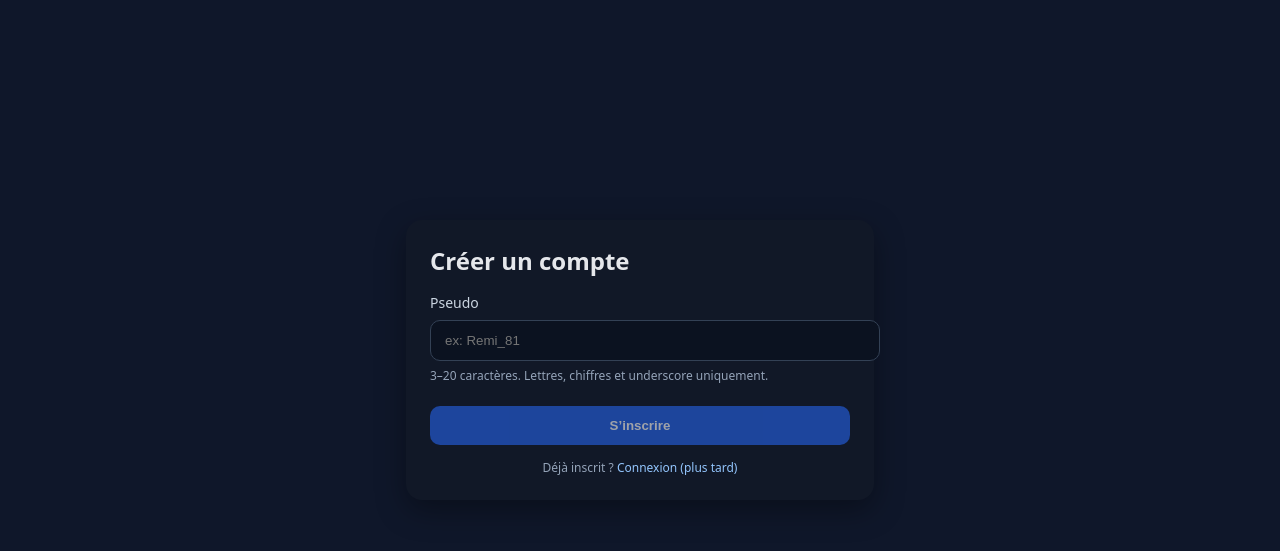
Repository: remi77130/loi-direct
Page: http://localhost/loi/register.php
The author's editor kept a copy of each file at every save. The page is drawn from the files as they stood at one save, then again after the next save.
The browser window is 1280 px wide. The pictures show the whole page.
The page is run by PHP 8.4 with error messages shown; the project is at /var/www/html/.

Above is the page before, as saved 2025-09-23 13:38:19.

After the next save:
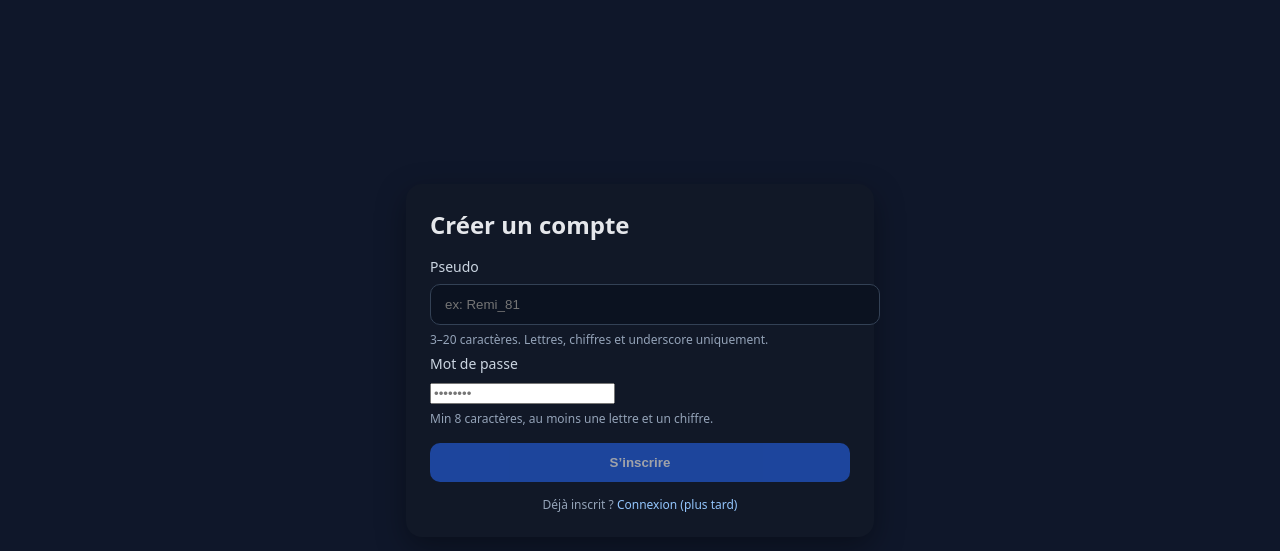
Saved 47 s later.
--- a/register.php
+++ b/register.php
@@ -119,6 +119,10 @@ else {
       <div class="hint">3–20 caractères. Lettres, chiffres et underscore uniquement.</div>
       <div id="status" class="status"></div>
 
+      <label for="password">Mot de passe</label>
+<input type="password" id="password" name="password" minlength="8" required placeholder="••••••••">
+<div class="hint">Min 8 caractères, au moins une lettre et un chiffre.</div>
+
       <input type="hidden" name="csrf" value="<?php echo htmlspecialchars($_SESSION['csrf'], ENT_QUOTES); ?>">
       <button id="submitBtn" class="btn" type="submit" disabled>S’inscrire</button>
     </form>
